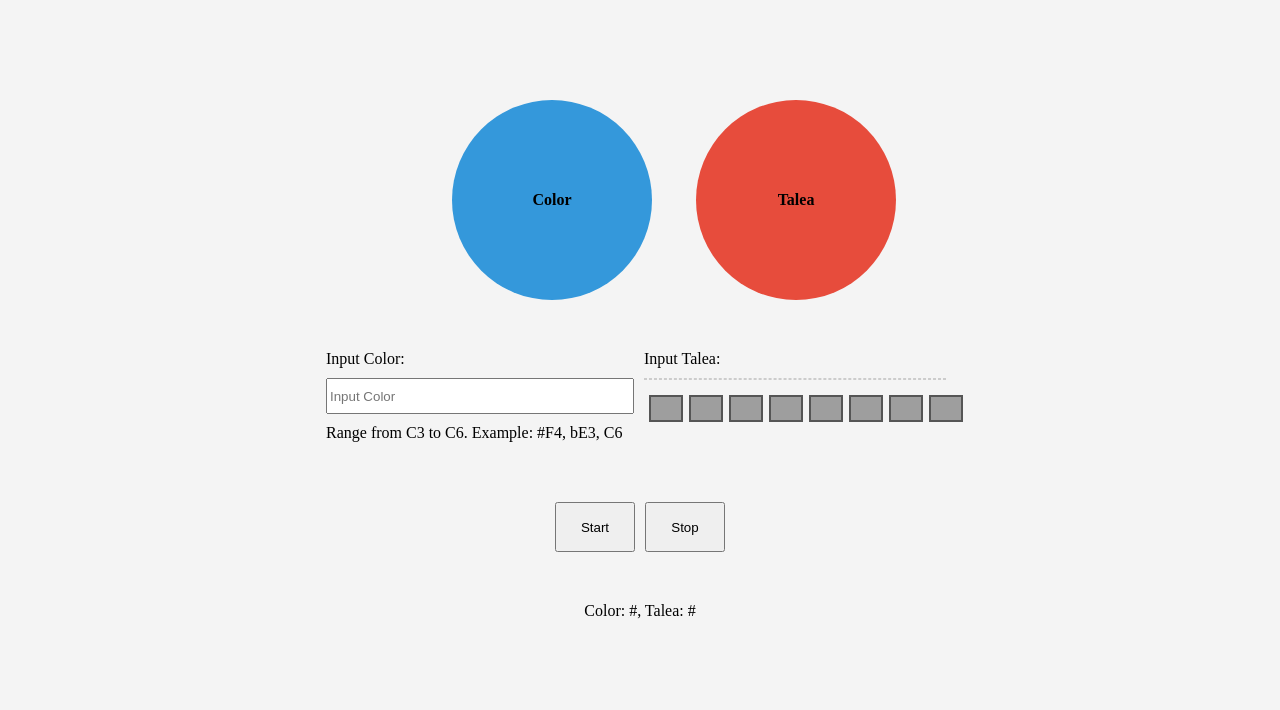
Repository: boshi-an/Isorhythm
Page: .vscode/Isorhythm/index.html
The author's editor kept a copy of each file at every save. The page is drawn from the files as they stood at one save, then again after the next save.
The browser window is 1280 px wide. The pictures show the whole page.
Pictures or frames that could not be fetched are drawn as grey boxes.

Above is the page before, as saved 2023-10-19 02:44:32.

### .vscode/Isorhythm/index.html
<!DOCTYPE html>
<html lang="en">

<head>
    <meta charset="UTF-8">
    <meta name="viewport" content="width=device-width, initial-scale=1.0">
    <title>Rotating Circles</title>
    <link rel="stylesheet" href="styles.css">
</head>

<body>
    <div class="circleContainer">
        <div class="circle" id="circle1">
            <div class="letter">Color</div>
        </div>
        <div class="circle" id="circle2">
            <div class="letter">Talea</div>
        </div>
    </div>
    <div class="inputContainer">
        <div class="taleaInputContainer">
            <div class="h3">Input Color:</div>
            <input type="text" id="input1" placeholder="Input Color">
            <div>Range from C3 to C6. Example: #F4, bE3, C6</div>
        </div>
        <div class="taleaInputContainer">
            <div class="h3">Input Talea:</div>
            <div class="imageArea" id="noteInputBox"></div>
            <!-- <div class="taleaInputBox">
                <input type="text" id="input2" placeholder="Input Talea" disabled>
            </div> -->
            <div class="taleaInputButton">
                <div class="button small-btn" id="button1" onclick="addNote(1);"><img src="static/note1.png" /></div>
                <div class="button small-btn" id="button1.5" onclick="addNote(1.5);"><img src="static/note1.5.png" /></div>
                <div class="button small-btn" id="button2" onclick="addNote(2);"><img src="static/note2.png" /></div>
                <div class="button small-btn" id="button2.5" onclick="addNote(2.5);"><img src="static/note2.5.png" /></div>
                <div class="button small-btn" id="button3" onclick="addNote(3);"><img src="static/note3.png" /></div>
                <div class="button small-btn" id="button3.5" onclick="addNote(3.5);"><img src="static/note3.5.png" /></div>
                <div class="button small-btn" id="button4" onclick="addNote(4);"><img src="static/note4.png" /></div>
                <div class="button small-btn" id="buttonReset" onclick="addNote(0);"><img src="static/reset.png" /></div>
            </div>
        </div>
    </div>
    <div class="uiContainer">
        <button id="startBtn" style="height:50px;width:80px">Start</button>
        <button id="stopBtn" style="height:50px;width:80px">Stop</button>
    </div>
    <div class="div" id="display">
        Color: #, Talea: #
    </div>
    <script src="script.js"></script>
</body>

</html>

### .vscode/Isorhythm/styles.css
body {
    display: flex;
    flex-direction: column;
    /* Stack child elements vertically */
    justify-content: center;
    /* Center the content vertically */
    align-items: center;
    /* Center the content horizontally */
    height: 100vh;
    background-color: #f4f4f4;
    overflow: hidden;
    margin: 0;
    gap: 50px;
    /* Space between the circle container and the button container */
}

.circleContainer {
    display: flex;
    align-items: center;
    width: 420px;
    /* Adjust based on your circle sizes */
}

.inputContainer {
    display: flex;
    gap: 10px;
    margin-bottom: 10px;
}

.taleaInputContainer {
    display: flex;
    flex-direction: column;
    gap: 10px;
    margin-bottom: 0px;
}

.taleaInputBox {
    display: flex;
    gap: 10px;
}

.taleaInputButton {
    display: flex;
    gap: 10px;
}

.circle {
    width: 200px;
    height: 200px;
    border-radius: 50%;
    position: relative;
    display: flex;
    flex-shrink: 0;
    align-items: center;
    justify-content: center;
    margin: 0 22px;
}

.uiContainer {
    display: flex;
    gap: 10px;
}

.triangle {
    width: 0;
    height: 0;
    border-left: 50px solid transparent;
    border-right: 50px solid transparent;
    border-bottom: 87px solid #3498db;
    will-change: transform;
    transform-origin: 50% 50%;
}

.letter {
    position: absolute;
    font-size: 1.0em;
    font-weight: bold;
    top: 50%;
    left: 50%;
    transform-origin: 50% 50%;
    transform: translate(-50%, -50%);  /* Centering the letters */
}

.noteImg {
    max-width: 6%;
    position: absolute;
    font-size: 1.5em;
    font-weight: bold;
    top: 50%;
    left: 50%;
    transform-origin: 50% 50%;
    transform: translate(-50%, -50%);
}

#triangle1 {
    border-bottom: 87px solid #3498db;
    /* background-color: #3498db; */
}

#triangle2 {
    border-bottom: 87px solid #e74c3c;
    /* background-color: #e74c3c; */
}

#circle1 {
    background-color: #3498db;
}

#circle2 {
    background-color: #e74c3c;
}

.imageArea {
    width: 300px;
    height: auto;
    border: 1px dashed #ccc;
    display: flex;
    flex-wrap: wrap;
    align-items: center;
}

.imageArea img {
    max-width: 6%;
    margin: 5px;
}

.button img {
    max-width: 100%;
    margin: 5px;
    border: 2px solid #555;
}

.small-btn {
    width: 30px;
    height: 30px;
}

.large-btn {
    width: 80px;
    height: 50px;
}

.image {
    position: absolute;
    top: 50%;
    left: 50%;
    transform-origin: 50% 50%;
    width: 30px;
    /* You can adjust this to your preferred image size */
    height: 30px;
}

#input1 {
    height: 30px;
    width: 300px;
}

### .vscode/Isorhythm/script.js
let angle1 = 180;
let angle2 = 0;
let letterPos = +20;
let circle1Size = 100;
let circle2Size = 100;
let rotationMultiplier = 320;
let circle1Num = 0;
let circle2Num = 0;
let rotateDist = 0;
let color = [];
let talea = [];
let lastColor = '#';
let lastTalea = '#';
let taleaImgElement = [];
let animationId;
const circle1 = document.getElementById('circle1');
const circle2 = document.getElementById('circle2');
let duration = {
    1: 4,
    1.5: 6,
    2: 2,
    2.5: 3,
    3: 1,
    3.5: 1.5,
    4: 0.5
};
let frequency = {
    "C3": 130.81,
    "#C3": 138.59,
    "bD3": 138.59,
    "D3": 146.83,
    "#D3": 155.56,
    "bE3": 155.56,
    "E3": 164.81,
    "F3": 174.61,
    "#F3": 185.00,
    "bG3": 185.00,
    "G3": 196.00,
    "#G3": 207.65,
    "bA3": 207.65,
    "A3": 220.00,
    "#A3": 233.08,
    "bB3": 233.08,
    "B3": 246.94,
    "C4": 261.63,
    "#C4": 277.18,
    "bD4": 277.18,
    "D4": 293.66,
    "#D4": 311.13,
    "bE4": 311.13,
    "E4": 329.63,
    "F4": 349.23,
    "#F4": 369.99,
    "bG4": 369.99,
    "G4": 392.00,
    "#G4": 415.30,
    "bA4": 415.30,
    "A4": 440.00,
    "#A4": 466.16,
    "bB4": 466.16,
    "B4": 493.88,
    "C5": 523.25,
    "#C5": 554.37,
    "bD5": 554.37,
    "D5": 587.33,
    "#D5": 622.26,
    "bE5": 622.25,
    "E5": 659.25,
    "F5": 698.46,
    "#F5": 739.99,
    "bG5": 739.99,
    "G5": 783.99,
    "#G5": 830.61,
    "bA5": 830.61,
    "A5": 880.00,
    "#A5": 932.33,
    "bB5": 932.33,
    "B5": 987.77,
    "C6": 1046.50
}

var context = new AudioContext();
var oscillator = '#';

function getCurrentColor() {
    if (circle1Num < 1) {
        return '#';
    }
    let angle = (rotationMultiplier * rotateDist / circle1Size) % 360;
    let nowNote = parseInt(angle / (360 / circle1Num));
    nowNote = Math.min(nowNote, color.length - 1);
    return color[nowNote];
}

function getCurrentTalea() {
    if (circle2Num < 1) {
        return '#';
    }
    let angle = (rotationMultiplier * rotateDist / circle2Size) % 360;
    let nowNote = parseInt(angle / (360 / circle2Num));
    nowNote = Math.min(nowNote, talea.length - 1);
    return talea[nowNote];
}

function getFrequency(note) {
    note = note.toUpperCase();
    if (!(note in frequency)) {
        return 0.0;
    }
    else {
        return frequency[note];
    }
}

function updateTextDisplay() {
    const display = document.getElementById("display");
    let curColor = getCurrentColor();
    let curTalea = getCurrentTalea();
    if (curColor != lastColor || curTalea != lastTalea) { // Update sound
        // alert(getFrequency(curColor));
        if (oscillator != '#') {
            oscillator.stop();
        }
        oscillator = context.createOscillator();
        oscillator.type = "sine";
        // oscillator.frequency.value = 800;
        oscillator.connect(context.destination);
        oscillator.frequency.value = getFrequency(curColor);
        oscillator.start();
        // oscillator.connect(context.destination);
        lastColor = curColor;
        lastTalea = curTalea;
    }
//
    // Display the color and talea
    let taleaHTML = `<img src="static/note${curTalea}.png" width="20" height="20" />`;
    if (curTalea == '#') {
        taleaHTML = '#';
    }
    display.innerHTML = `Color: ${curColor}, Talea: ${curTalea}`;
}

function rotateCircle() {
    updateTextDisplay()
    rotateDist += 1/duration[getCurrentTalea()];
    angle1 = (rotationMultiplier * rotateDist / circle1Size) % 360;
    angle2 = (-rotationMultiplier * rotateDist / circle2Size) % 360;
    circle1.style.transform = `rotate(${angle1}deg)`;
    circle2.style.transform = `rotate(${angle2}deg)`;

    animationId = requestAnimationFrame(rotateCircle);
}

document.getElementById('startBtn').addEventListener('click', () => {
    cancelAnimationFrame(animationId);
    rotateCircle();
});

document.getElementById('stopBtn').addEventListener('click', () => {
    rotateDist = 0;
    circle1.style.transform = `rotate(0deg)`;
    circle2.style.transform = `rotate(0deg)`;
    cancelAnimationFrame(animationId);
    oscillator.stop();
    oscillator = '#';
    lastColor = '#';
    lastTalea = '#';
});

function parseLetters(inputText) {
    let retArray = [];
    inputText = inputText.concat('.');
    for (let i = 0; i < inputText.length - 2; i += 1) {
        s = inputText[i];
        t = inputText[i + 1];
        p = inputText[i + 2];
        if (s.match(/[a-z]/i) && t.match(/[1-9]/i)) {
            retArray.push(`${s}${t}`);
            i += 1;
        }
        else if (s == '#' && t.match(/[a-z]/i) && p.match(/[1-9]/i)) {
            retArray.push(`#${t}${p}`);
            i += 2;
        }
        else if (s == 'b' && t.match(/[a-z]/i) && p.match(/[1-9]/i)) {
            retArray.push(`b${t}${p}`);
            i += 2;
        }
    }
    return retArray;
}

function updateLetters(circleId, inputText, bias) {
    inputText = parseLetters(inputText);
    const circle = document.getElementById(circleId);

    let circleR = inputText.length * 10;
    circle.style.width = `${Math.max(circleR * 2, 5)}px`;
    circle.style.height = `${Math.max(circleR * 2, 5)}px`;

    const size = circle.offsetWidth + letterPos;
    let rotateAngle = 0;
    let innerHTML = ""

    circle1Size = circle.offsetWidth;
    circle1Num = inputText.length;
    rotateAngle = 0;
    innerHTML = "<div class=\"letter\">Color</div>";
    color = inputText;

    // Remove any existing letters
    if (size <= 100) {
        circle.innerHTML = "";
    }
    else {
        circle.innerHTML = innerHTML;
    }

    // Add new letters
    for (let i = 0; i < inputText.length; i++) {
        const angle = -(i / inputText.length) * 360;
        const letterElem = document.createElement('div');
        letterElem.className = 'letter';
        letterElem.style.transform = `translate(-50%, -50%) rotate(${angle + bias}deg) translate(${size / 2}px) rotate(${rotateAngle}deg)`;
        letterElem.innerText = inputText[i];
        circle.appendChild(letterElem);
    }
}

function updateTalea(circleId, inputNote, bias) {
    const circle = document.getElementById(circleId);

    let circleR = inputNote.length * 10;
    circle.style.width = `${Math.max(circleR * 2, 5) }px`;
    circle.style.height = `${Math.max(circleR * 2, 5) }px`;

    const size = circle.offsetWidth + letterPos;
    let rotateAngle = 0;
    let innerHTML = ""

    circle2Size = circle.offsetWidth;
    circle2Num = inputNote.length;
    rotateAngle = 180;
    innerHTML = "<div class=\"letter\">Talea</div>";


    // Remove any existing letters
    if (size <= 100) {
        circle.innerHTML = "";
    }
    else {
        circle.innerHTML = innerHTML;
    }

    // Add new letters
    for (let i = 0; i < inputNote.length; i++) {
        const angle = (i / inputNote.length) * 360;
        const imgElem = document.createElement('img');
        imgElem.className = 'image';
        imgElem.src = `static/note${inputNote[i]}.png`;;
        imgElem.style.transform = `translate(-50%, -50%) rotate(${angle + bias}deg) translate(${size / 2}px) rotate(${rotateAngle}deg)`;
        circle.appendChild(imgElem);
    }
}

function addNote(number) {
    // alert(number);
    // document.getElementById('input2').value += number;
    // Get the image area div
    if (number != 0) {
        talea.push(number);
        const imageArea = document.getElementById('noteInputBox');

        // Create a new img element
        const img = document.createElement('img');
        img.src = `static/note${number}.png`;

        // Append the img to the image area
        imageArea.appendChild(img);

        taleaImgElement.push(img);
    }
    else if (talea.length > 0) {
        talea.pop();

        length = taleaImgElement.length-1
        if (taleaImgElement[length].parentNode) {
            taleaImgElement[length].parentNode.removeChild(taleaImgElement[length]);
        }
        taleaImgElement.pop();
    }
    // updateTalea('input2');
    updateTalea('circle2', talea, 180);
}

document.getElementById('input1').addEventListener('input', () => updateLetters('circle1', document.getElementById('input1').value, 0));
// document.getElementById('input2').addEventListener('input', () => updateLetters('circle2', 'input2', 180));
// document.getElementById('input2').addEventListener('input', () => updateTalea('input2'));

// document.getElementById("button1").onclick = function () { addNumber(1); };

After the next save:
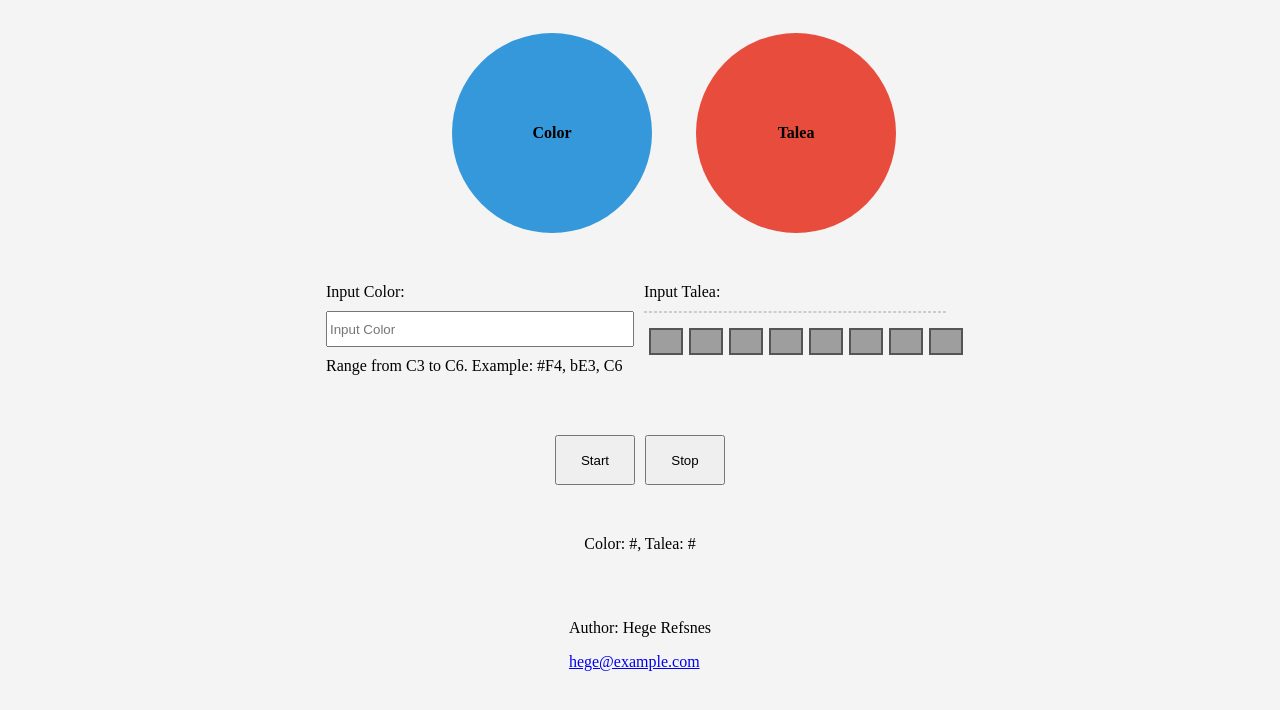
Saved 45 h 46 min later.
--- a/.vscode/Isorhythm/index.html
+++ b/.vscode/Isorhythm/index.html
@@ -48,6 +48,10 @@
     <div class="div" id="display">
         Color: #, Talea: #
     </div>
+    <footer>
+        <p>Author: Hege Refsnes</p>
+        <p><a href="mailto:hege@example.com">hege@example.com</a></p>
+    </footer>
     <script src="script.js"></script>
 </body>
 
